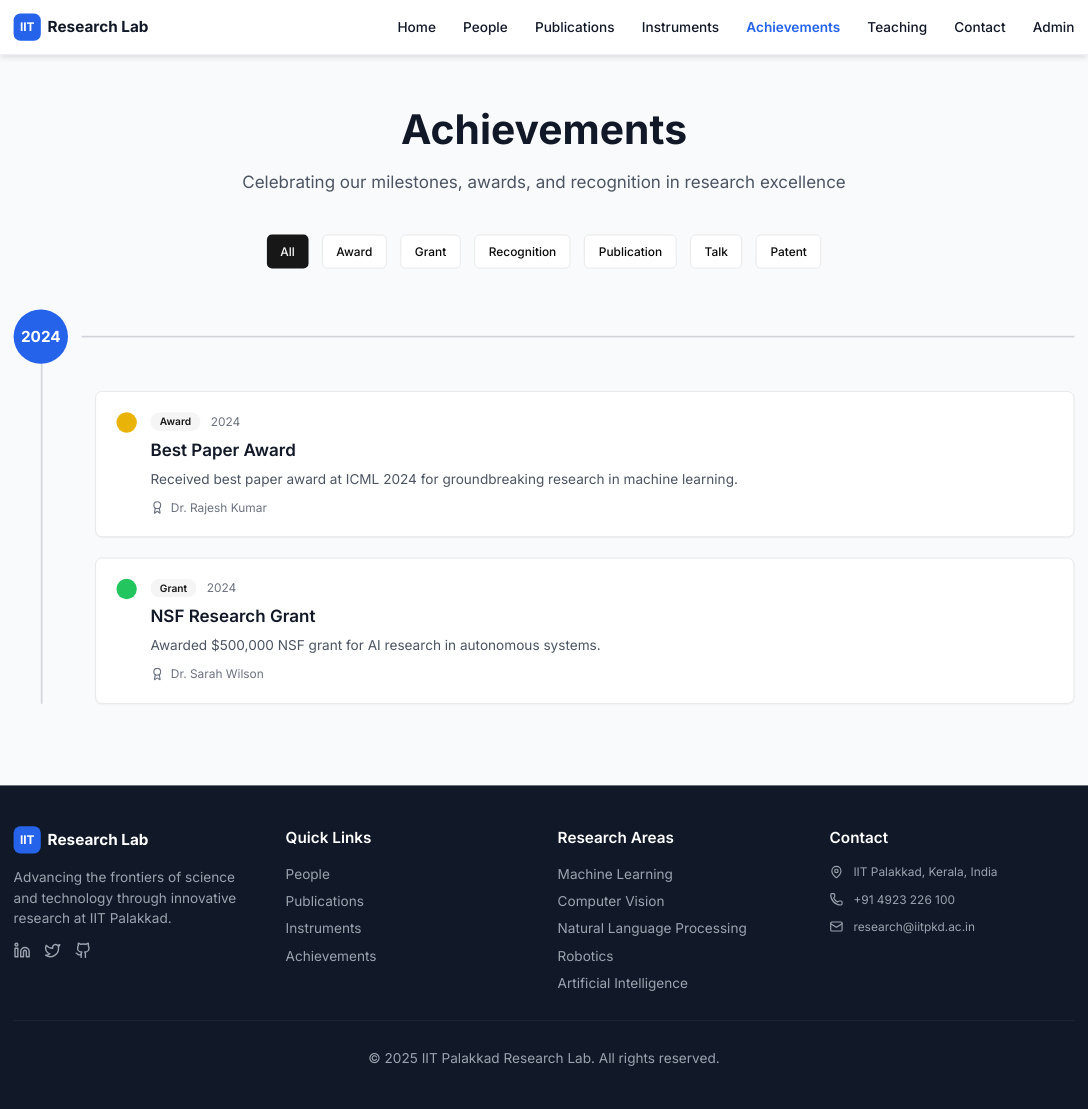
Repository: Gopikrish-30/iit-palakkad-arise
Page: /achievements
These files come from the project's save history. The page is drawn as it stood at one moment and after a run of saves; the edit follows.
The browser window is 1280 px wide. The pictures show the whole page, at 85% of full size.
The project was rebuilt for these pictures with package versions that can differ from the ones it lists, and the page was loaded fresh each time. The framework's server and built-in components were replaced by stand-ins that run in the browser. Also part of the build but not shown: next.config.mjs.

Above is the page before, as saved 2025-06-01 22:36:46.

After the next 2 saves:
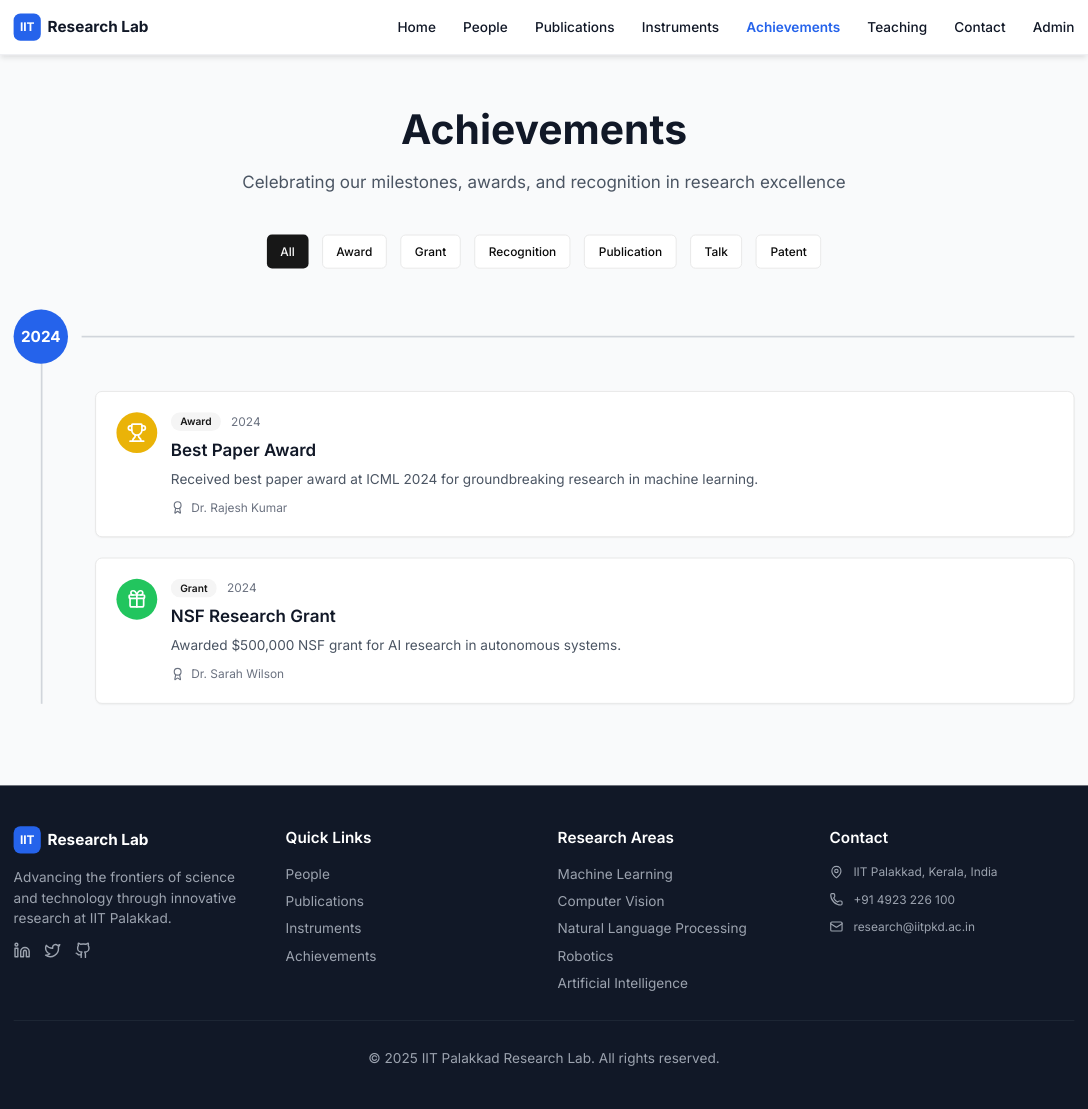
The 2 saves are shown as one change because 1 did not build or start.
The last was saved 42 s later.
--- a/app/achievements/page.tsx
+++ b/app/achievements/page.tsx
@@ -1,6 +1,6 @@
 "use client"
 
-import { useState } from "react"
+import React, { useState } from "react"
 import { motion } from "framer-motion"
 import { Card, CardContent } from "@/components/ui/card"
 import { Badge } from "@/components/ui/badge"
@@ -115,7 +115,7 @@ export default function AchievementsPage() {
                       <CardContent className="p-6">
                         <div className="flex items-start gap-4">
                           <div className={`p-3 rounded-full ${achievement.color} text-white flex-shrink-0`}>
-                            <achievement.icon className="h-6 w-6" />
+                            {React.createElement(iconMap[achievement.icon] || Trophy, { className: "h-6 w-6" })}
                           </div>
                           <div className="flex-1">
                             <div className="flex items-center gap-3 mb-2">
